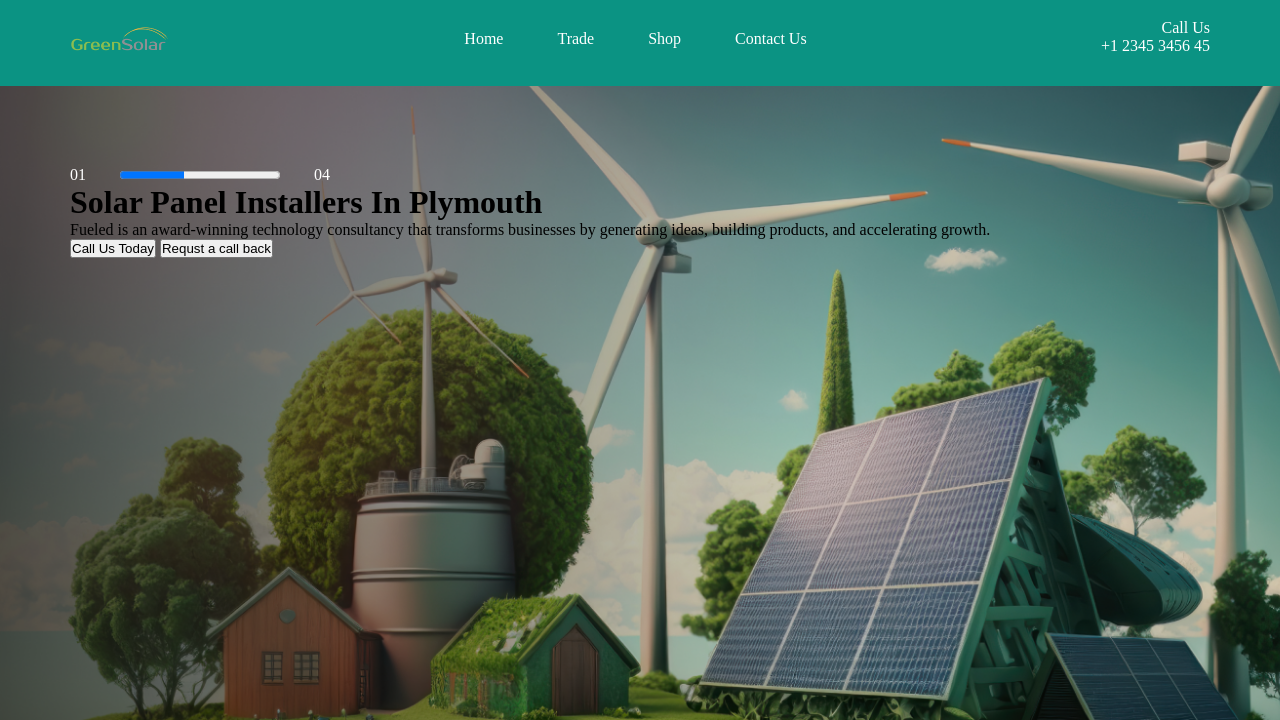
Repository: zeinawady/Solar-Company-Template
Page: index.html
An editor plug-in stored every save of this project. The page is shown before and after the next save, followed by the edit.
The browser window is 1280 px wide. The pictures show the whole page.

Above is the page before, as saved 2024-09-17 17:05:01.

After the next save:
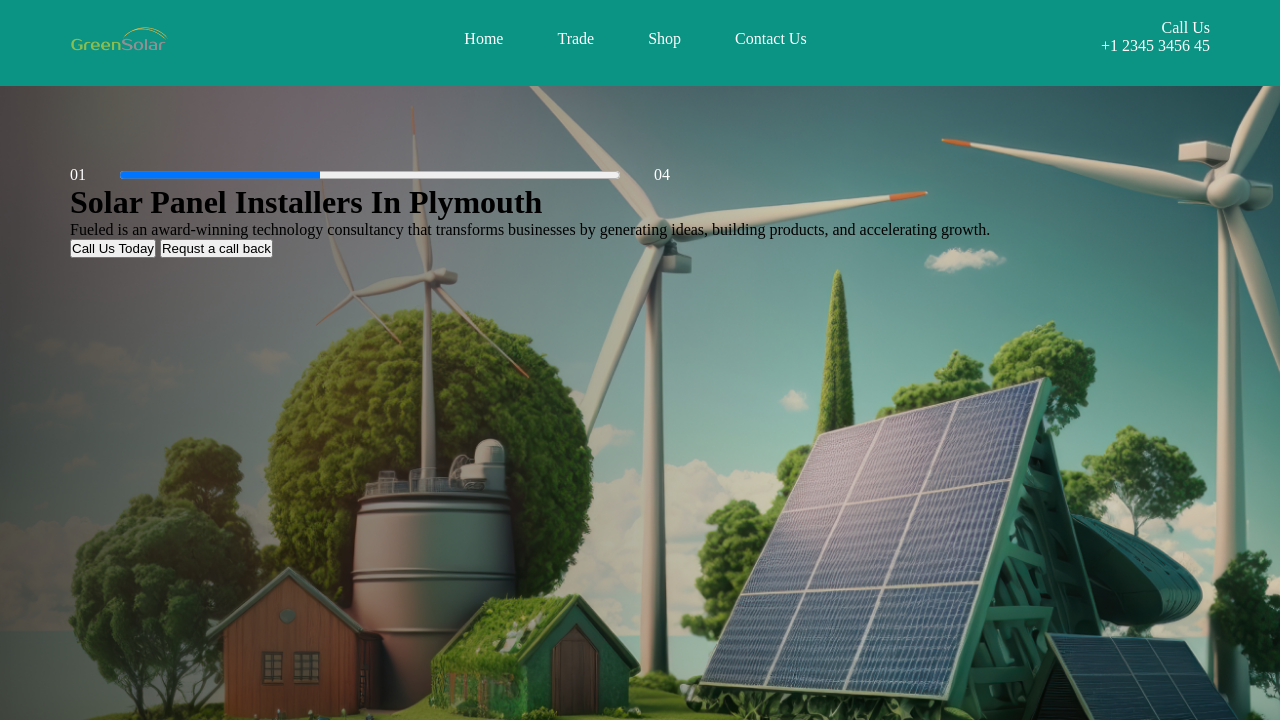
Saved 4 s later.
--- a/css/style.css
+++ b/css/style.css
@@ -129,6 +129,6 @@ padding-right:30px;
     padding-left: 30px;
 }
 .progress-container progress{
-   width: ;
+   width: 500px;
 }
 /* end landing */
